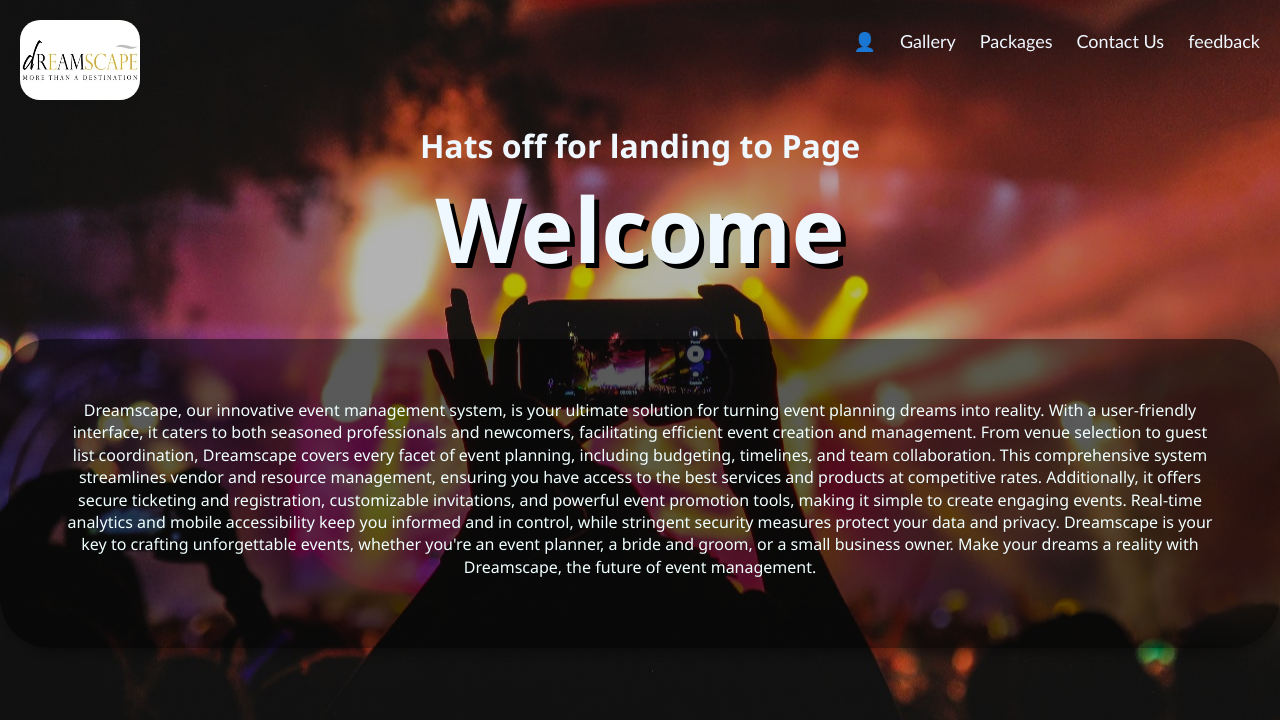
Repository: Dulankayapa/2ndyearoopprojrct
Page: http://localhost/feedback/home.jsp
These files come from the project's save history. The page is drawn as it stood at one moment and after the next save; the edit follows.
The browser window is 1280 px wide. The pictures show the whole page.
The page is served by Tomcat 9.

Above is the page before, as saved 2023-10-23 13:21:40.

After the next save:
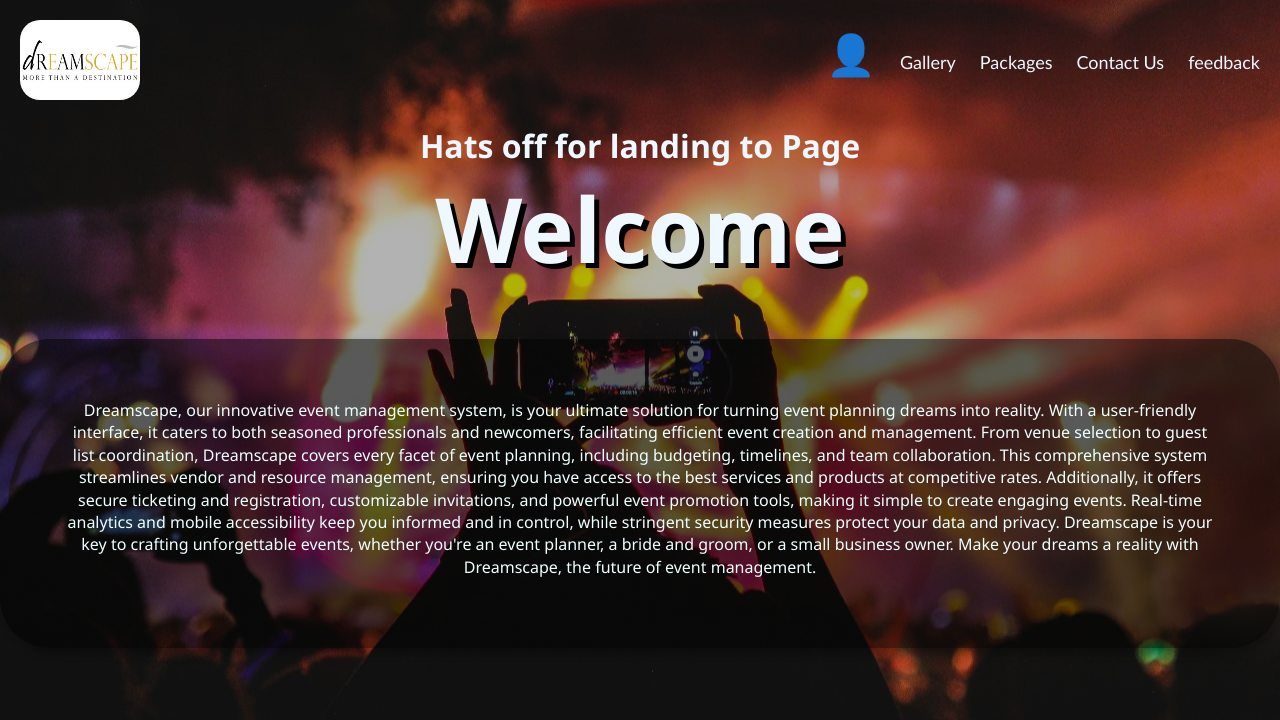
Saved 75 s later.
--- a/feedback/src/main/webapp/home.jsp
+++ b/feedback/src/main/webapp/home.jsp
@@ -121,7 +121,7 @@ p {
 
 	<ul class="nav-area">
 
-<li><a href="useraccount.jsp">&#128100;</a></li>
+<li><a href="useraccount.jsp" style="font-size: 40px;">&#128100;</a></li>
 		<li><a href="EventGallery.jsp">Gallery</a></li>
 		<li><a href="www.google.com">Packages</a></li>
 		<li><a href="www.google.com">Contact Us</a></li>
